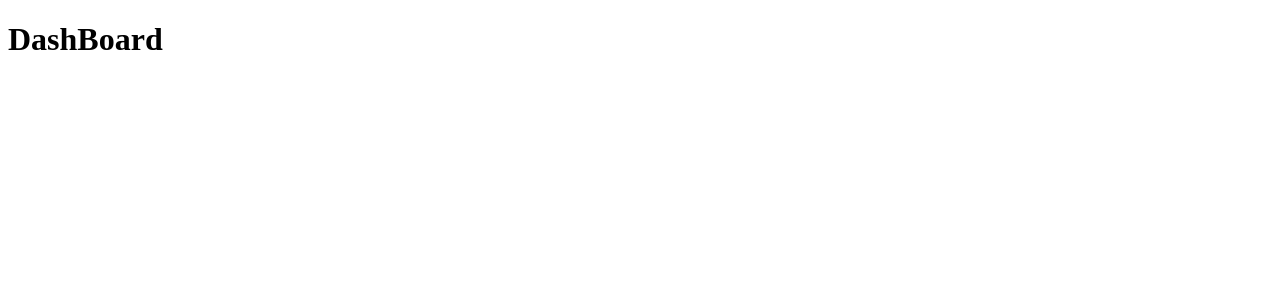
Repository: biswajit-pradhan/springboot
Page: http://localhost/MySpringApp/
The author's editor kept a copy of each file at every save. The page is drawn from the files as they stood at one save, then again after the next save.
The browser window is 1280 px wide. The pictures show the whole page.
The page is served by Tomcat 9. Other server files are loaded and not shown.

Above is the page before, as saved 2023-01-11 11:09:06.

### MySpringApp/WebContent/WEB-INF/jsps/dashboard.jsp
<%@ page language="java" contentType="text/html; charset=ISO-8859-1"
    pageEncoding="ISO-8859-1"%>
<!DOCTYPE html>
<html>
<head>
<meta charset="ISO-8859-1">
<title>MyApp-DashBoard</title>
</head>
<body>
<h1>DashBoard</h1>
<div>
<a href=""></a>
<a href=""></a>
<a href=""></a>
</div>
</body>
</html>

After the next save:
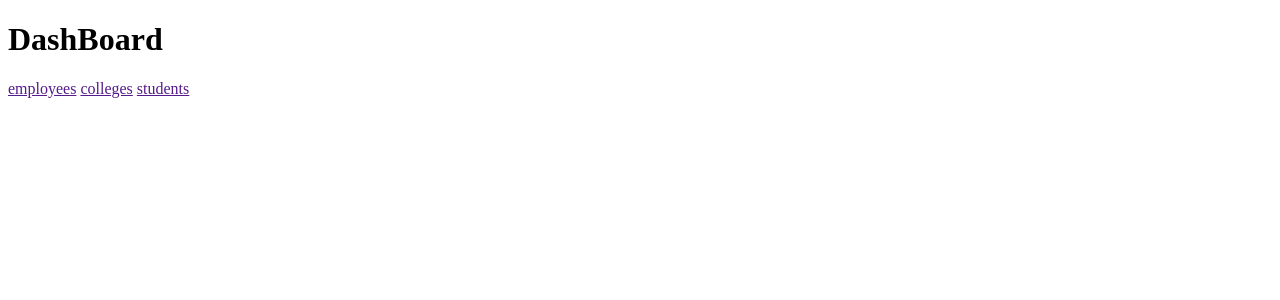
Saved 77 s later.
--- a/MySpringApp/WebContent/WEB-INF/jsps/dashboard.jsp
+++ b/MySpringApp/WebContent/WEB-INF/jsps/dashboard.jsp
@@ -9,9 +9,9 @@
 <body>
 <h1>DashBoard</h1>
 <div>
-<a href=""></a>
-<a href=""></a>
-<a href=""></a>
+<a href="">employees</a>
+<a href="">colleges</a>
+<a href="">students</a>
 </div>
 </body>
 </html>
